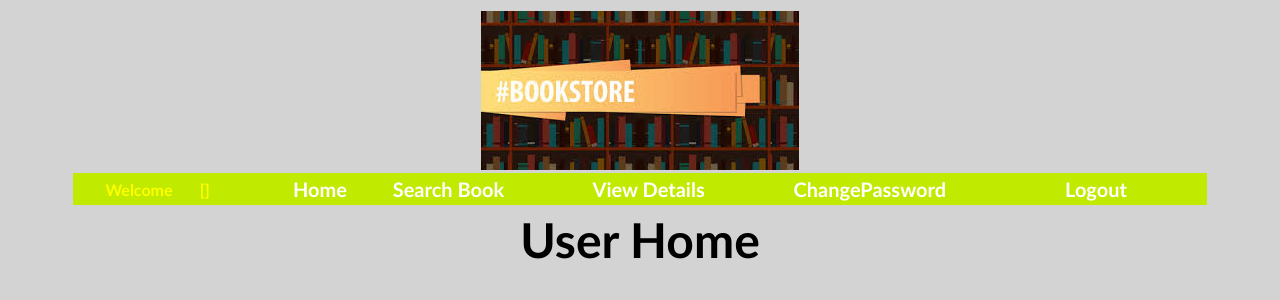
Repository: prateekscode/Preparation
Page: http://localhost/Online_BookStore/userHomeDef.jsp
These files come from the project's save history. The page is drawn as it stood at one moment and after the next save; the edit follows.
The browser window is 1280 px wide. The pictures show the whole page.
The page is served by Tomcat 9. Other server files are loaded and not shown.

Above is the page before, as saved 2025-01-12 12:46:13.

### Online BookStore/src/main/webapp/userHomeDef.jsp
<%@ page language="java" contentType="text/html; charset=UTF-8"
    pageEncoding="UTF-8"%>
    <%@taglib prefix="Lib" uri="/WEB-INF/tlds/Libindia.tld"%>
    <%@taglib prefix="core" uri="http://java.sun.com/jsp/jstl/core"%>
<!DOCTYPE html PUBLIC "-//W3C//DTD HTML 4.01 Transitional//EN" "http://www.w3.org/TR/html4/loose.dtd">
<html>
<head>
<meta http-equiv="Content-Type" content="text/html; charset=UTF-8">
<title>Lib Book Shop</title>
<link rel="stylesheet" type="text/css"
href="<%=request.getContextPath()%>/css/indexstyle.css">
</head>
<body bgcolor="lightgray">
<Lib:validateSession/>
<Lib:removeSearchInfoFromSessionTag/>
<table width="90%" align="center" height="97%">
<tr height="5px" valign="top">
<td align="center">
<jsp:include page="/header.jsp"></jsp:include>
</td>
</tr>
<tr valign="top" bgcolor="cream" height="3px">
<td align="center">
<jsp:include page="/userMenu.jsp"></jsp:include>
</td>
<tr valign="middle">
<td align="center">
<jsp:include page="/userHome.jsp"></jsp:include>
</td>
</tr>
</table>
</body>
</html>

### Online BookStore/src/main/webapp/header.jsp
<html>
<body>
<center>
<img alt="Logo Image" src="images/header.jpg">
</center>
</body>
</html>

### Online BookStore/src/main/webapp/userMenu.jsp
<%@ page language="java" contentType="text/html; charset=UTF-8"
	pageEncoding="UTF-8"%>
<%@taglib prefix="Lib" uri="/WEB-INF/tlds/Libindia.tld"%>
<%@taglib prefix="core" uri="http://java.sun.com/jsp/jstl/core"%>
<%@page isELIgnored="false"%>
<!DOCTYPE html PUBLIC "-//W3C//DTD HTML 4.01 Transitional//EN" "http://www.w3.org/TR/html4/loose.dtd">
<html>
<head>
<link rel="stylesheet" type="text/css"
	href="<%=request.getContextPath()%>/css/Libindia.css">
<link rel="stylesheet" type="text/css"
	href="<%=request.getContextPath()%>/css/indexstyle.css">
<meta http-equiv="Content-Type" content="text/html; charset=UTF-8">
<title>User Menu</title>
</head>
<body>
	<center>
		<table class="textStyle" width="95%">
			<tr>
				<td><font color="yellow"><b>Welcome &nbsp;<font
							color="white"> ${USER_TO.firstName} &nbsp;
								${USER_TO.middleName} &nbsp; ${USER_TO.lastName} </font>[${USER_TO.role}]
					</b></font></td>
				<td><a href="userHomeDef.jsp">Home</a></td>
				<core:if test="${USER_TO.role eq 'Admin'}">
					<td><a href="addBookDef.jsp">Add Book</a></td>
				</core:if>

				<td><a href="searchBookDef.jsp">Search Book</a></td>
				<core:if test="${USER_TO.role eq 'User'}">
					<td><a href="userorderstatus.lib">My Order Status</a></td>
				</core:if>

				<core:if test="${USER_TO.role eq 'Admin'}">
					<td><a href="allorders.lib">Display Orders</a></td>
				</core:if>

				<td><a href="detailsDef.jsp">View Details</a></td>
				<td><a href="changePasswordDef.jsp">ChangePassword</a></td>

				<td><a href="logout.lib">Logout</a></td>
			</tr>
		</table>
	</center>
</body>
</html>

### Online BookStore/src/main/webapp/userHome.jsp
<%@ page language="java" contentType="text/html; charset=UTF-8"
	pageEncoding="UTF-8"%>
<%@taglib prefix="Lib" uri="/WEB-INF/tlds/Libindia.tld"%>
<%@page isELIgnored="false"%>
<!DOCTYPE html PUBLIC "-//W3C//DTD HTML 4.01 Transitional//EN" "http://www.w3.org/TR/html4/loose.dtd">
<html>
<head>
<link rel="stylesheet" type="text/css"
	href="<%=request.getContextPath()%>/css/Libindia.css">
<meta http-equiv="Content-Type" content="text/html; charset=UTF-8">
<title>User Menu</title>
</head>
<body>
	<center>
		<table class="textStyle">
			<tr>
				<td align="center" colspan="3"><font size="7"><b>User
							Home</b></font></td>
			</tr>
		</table>
	</center>
</body>
</html>

### Online BookStore/src/main/java/com/lib/book/shop/tags/ValidateSessionTag.java
package com.lib.book.shop.tags;

import java.io.Writer;

import javax.servlet.http.HttpServletRequest;
import javax.servlet.http.HttpServletResponse;
import javax.servlet.jsp.JspException;
import javax.servlet.jsp.PageContext;

import org.apache.log4j.Logger;
import javax.servlet.jsp.tagext.TagSupport;

public class ValidateSessionTag extends TagSupport {
	Logger log = Logger.getLogger(this.getClass());

	public int doendTag() throws JspException {
		try {
			HttpServletRequest req = (HttpServletRequest) pageContext.getRequest();
			HttpServletResponse res = (HttpServletResponse) pageContext.getResponse();
			if (req.getSession().getAttribute("USER_TO") == null) {
				req.setAttribute("loginError", "Session timeout. Please login again");
				req.getRequestDispatcher("index.jsp").forward(req, res);
			}
		} catch (Exception e) {
			log.error("Exception in ValidateSessionTag\n", e);
		}
		return EVAL_PAGE;
	}
}

### Online BookStore/src/main/java/com/lib/book/shop/tags/RemoveSearchInfoFromSessionTag.java
package com.lib.book.shop.tags;

import javax.servlet.http.HttpSession;
import javax.servlet.jsp.JspException;
import javax.servlet.jsp.tagext.TagSupport;

import org.apache.log4j.Logger;

public class RemoveSearchInfoFromSessionTag extends TagSupport {
	Logger log = Logger.getLogger(this.getClass());

	public int doendTag() throws JspException {
		try {
			HttpSession sess = pageContext.getSession();
			if (sess != null) {
				sess.removeAttribute("BOOK_LIST");
				sess.removeAttribute("BOOK_NAME");
				sess.removeAttribute("AUTHOR");
				sess.removeAttribute("PUBLICATION");
				sess.removeAttribute("COST");
				sess.removeAttribute("EDITION");
				sess.removeAttribute("START");
				sess.removeAttribute("END");
				sess.removeAttribute("TOTAL");
				sess.removeAttribute("SELECTED_BOOK_LIST");
				sess.removeAttribute("TOTAL_BOOK_AMOUNT");
				sess.removeAttribute("TOTAL_BOOK_QUANTITY");
			}
		} catch (Exception e) {
			log.error("Exception in RemoveSearchInfoFromSessionTag\n", e);
		}
		return EVAL_PAGE;
	}
}

### Online BookStore/src/main/webapp/WEB-INF/css/indexstyle.css
@charset "UTF-8";
a:link {
	color: white;
	font-weight: bold;
	text-decoration: none;
	font-size: 20px;
	text-decoration: none;
}

a:visited {
	color: white;
	font-weight: bold;
	text-decoration: none;
	font-size: 16px;
}

a:hover {
	color: blue;
	text-decoration: underline;
}

### Online BookStore/src/main/webapp/WEB-INF/css/Libindia.css
@charset "UTF-8";

.textStyle {
	font-family: Trebuchet MS, Verdana, Arial, Helvetica, sans-serif;
}

.signoutButton {
	color: white;
	font-weight: bold;
	background-color: transparent;
	text-decoration: underline;
	border: none;
	cursor: pointer;
	font-text: 45px;
}

.tableButton {
	color: blue;
	font-weight: bold;
	background-color: transparent;
	text-decoration: underline;
	border: none;
	cursor: pointer;
	font-text: 45px;
}

After the next save:
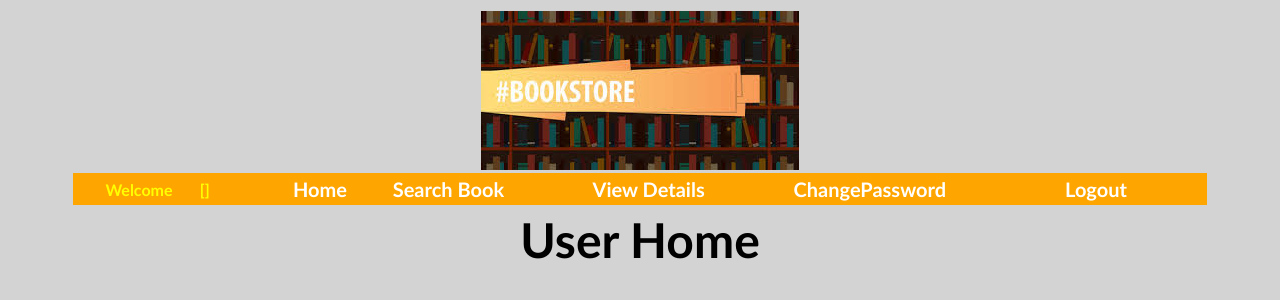
Saved 2 min 33 s later.
--- a/Online BookStore/src/main/webapp/userHomeDef.jsp
+++ b/Online BookStore/src/main/webapp/userHomeDef.jsp
@@ -19,7 +19,7 @@ href="<%=request.getContextPath()%>/css/indexstyle.css">
 <jsp:include page="/header.jsp"></jsp:include>
 </td>
 </tr>
-<tr valign="top" bgcolor="cream" height="3px">
+<tr valign="top" bgcolor="orange" height="3px">
 <td align="center">
 <jsp:include page="/userMenu.jsp"></jsp:include>
 </td>
